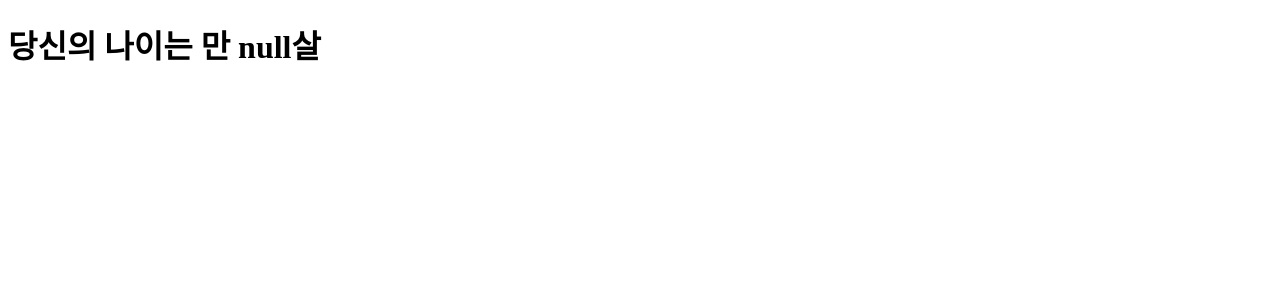
Repository: kimgame102/JSP
Page: http://localhost/my_task/num.jsp
These files come from the project's save history. The page is drawn as it stood at one moment and after the next save; the edit follows.
The browser window is 1280 px wide. The pictures show the whole page.
The page is served by Tomcat 9. Other server files are loaded and not shown.

Above is the page before, as saved 2024-09-08 02:56:21.

### my_task/src/main/webapp/num.jsp
<%@ page language="java" contentType="text/html; charset=UTF-8"
    pageEncoding="UTF-8"%>
<!DOCTYPE html>
<html>
<head>
<meta charset="UTF-8">
<title>Add</title>
</head>
<body>
	<h1>당신의 나이는 만 <%=request.getAttribute("result1") %>살</h1>
</body>
</html>

After the next save:
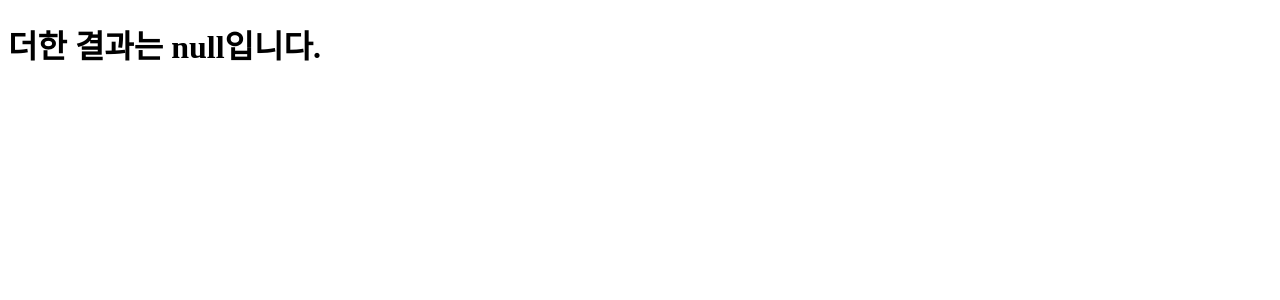
Saved 58 s later.
--- a/my_task/src/main/webapp/num.jsp
+++ b/my_task/src/main/webapp/num.jsp
@@ -7,6 +7,6 @@
 <title>Add</title>
 </head>
 <body>
-	<h1>당신의 나이는 만 <%=request.getAttribute("result1") %>살</h1>
+	<h1>더한 결과는 <%=request.getAttribute("result1") %>입니다.</h1>
 </body>
 </html>
